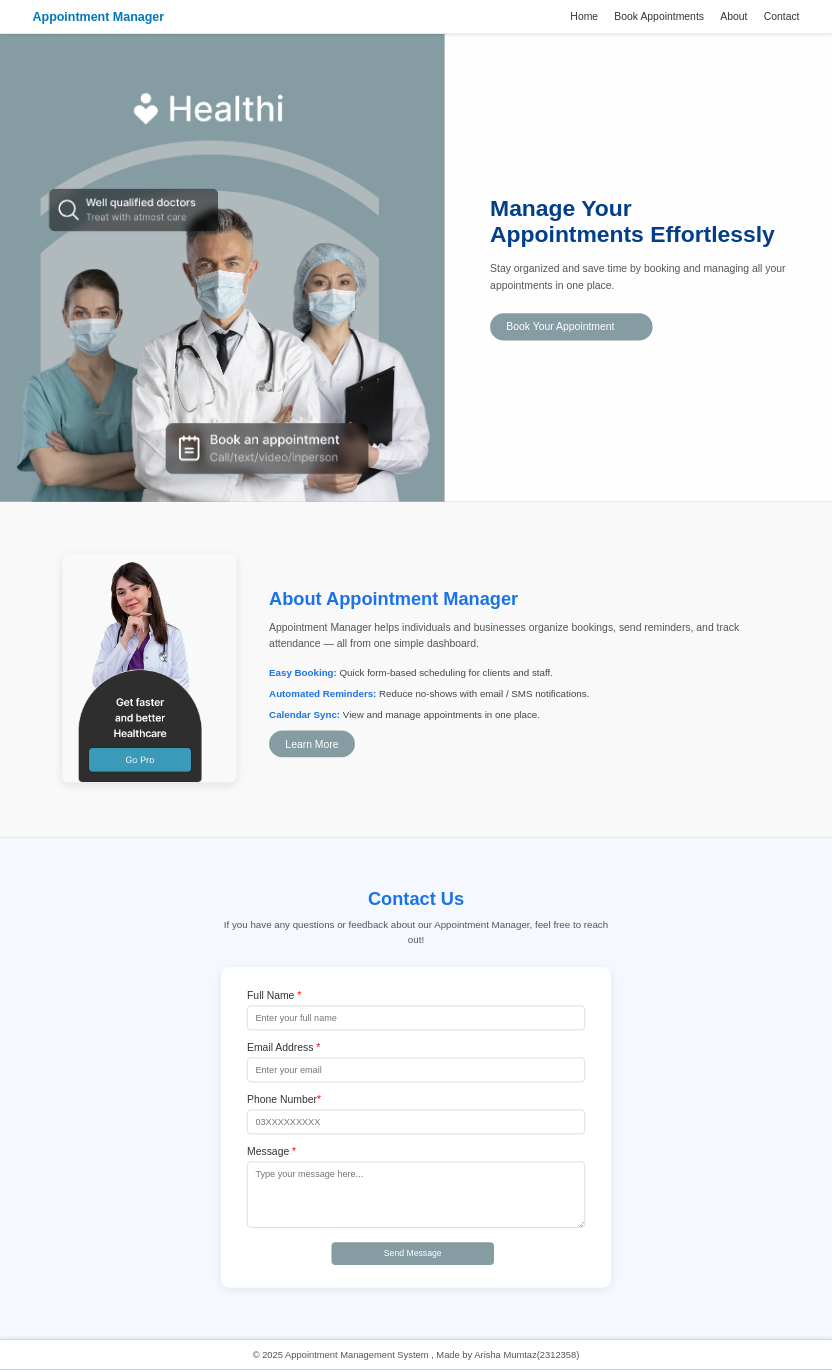
Repository: Arisha004/Hospital-Appointment-Management-System
Page: landingpage.html
The author's editor kept a copy of each file at every save. The page is drawn from the files as they stood at one save, then again after the next save.
The browser window is 1280 px wide. The pictures show the whole page, at 65% of full size.

Above is the page before, as saved 2025-10-24 15:31:36.

### landingpage.html
<!DOCTYPE html>
<html lang="en">
<head>
  <meta charset="UTF-8">
  <meta name="viewport" content="width=device-width, initial-scale=1.0">
  <title>Appointment Management System</title>
  <link rel="stylesheet" href="style.css">
</head>
<body>
  <header class="navbar">
    <div class="logo">Appointment Manager</div>
    <nav>
      <ul>
        <li><a href="#">Home</a></li>
        <li><a href="index.php">Book Appointments</a></li>
        <li><a href="#about">About</a></li>
        <li><a href="#contact">Contact</a></li>
      </ul>
    </nav>
  </header>


  <section class="landing">
      <div class="right"></div>
    <div class="left">
      <h1>Manage Your Appointments Effortlessly</h1>
      <p>Stay organized and save time by booking and managing all your appointments in one place.</p>
      <a href="index.php" class="btn">Book Your Appointment</a>
    </div>

  </section>
  </section>

  <section>
    <div class="crudoperations">

    </div>
  </section>

  <section id="about" class="about">
    <div class="container about-inner">
      <div class="about-image" aria-hidden="true">

        <img src="images/pic2.png" alt="" />
      </div>
      <div class="about-content">
        <h2>About Appointment Manager</h2>
        <p>Appointment Manager helps individuals and businesses organize bookings, send reminders, and track attendance — all from one simple dashboard.</p>
        <ul class="features">
          <li><strong>Easy Booking:</strong> Quick form-based scheduling for clients and staff.</li>
          <li><strong>Automated Reminders:</strong> Reduce no-shows with email / SMS notifications.</li>
          <li><strong>Calendar Sync:</strong> View and manage appointments in one place.</li>
        </ul>
        <a href="about.html" class="btn">Learn More</a>
      </div>
    </div>
  </section>
  <section id="contact" class="contact">
    <div class="container contact-inner">
      <h2>Contact Us</h2>
      <p>If you have any questions or feedback about our Appointment Manager, feel free to reach out!</p>

      <form action="insertcontactform.php" method="post" class="contact-form">
        <div class="form-group">
          <label for="name">Full Name <span>*</span></label>
          <input type="text" id="name" name="name" placeholder="Enter your full name" required pattern="[A-Za-z\s]{3,}">
        </div>

        <div class="form-group">
          <label for="email">Email Address <span>*</span></label>
          <input type="email" id="email" name="email" placeholder="Enter your email" required>
        </div>

        <div class="form-group">
          <label for="phone">Phone Number<span>*</span></label>
          <input type="tel" id="phone" name="phone" placeholder="03XXXXXXXXX" required pattern="[0-9]{11}" title="Enter 11-digit number only">
        </div>

        <div class="form-group">
          <label for="message">Message <span>*</span></label>
          <textarea id="message" name="message" rows="5" placeholder="Type your message here..." required minlength="10"></textarea>
        </div>

        <button type="submit" class="btn">Send Message</button>
      </form>
    </div>

  </section>
  <footer>
    <p>© 2025 Appointment Management System , Made by Arisha Mumtaz(2312358)</p>
  </footer>
</body>
</html>

### style.css
/* Reset and fonts */
* {
  margin: 0;
  padding: 0;
  box-sizing: border-box;
  font-family: 'Poppins', sans-serif;
}

body {
  background: #869CA3;
  color: #333;
}
/* About Section */
.about {
  background-color: #f9f9f9;
  padding: 80px 0;
}

.about-inner {
  width: 85%;
  max-width: 1100px;
  margin: 0 auto;
  display: flex;
  align-items: center;
  justify-content: space-between;
  gap: 50px;
  flex-wrap: wrap; /* makes it responsive */
}

.about-image img {
  width: 100%;
  max-width: 450px;
  border-radius: 10px;
  box-shadow: 0 4px 15px rgba(0,0,0,0.1);
}

.about-content {
  flex: 1;
  min-width: 300px;
}

.about-content h2 {
  font-size: 28px;
  color: #1a73e8;
  margin-bottom: 15px;
}

.about-content p {
  font-size: 16px;
  color: #555;
  line-height: 1.6;
  margin-bottom: 20px;
}

.features {
  list-style: none;
  padding: 0;
  margin-bottom: 25px;
}

.features li {
  margin-bottom: 10px;
  color: #444;
  font-size: 15px;
  line-height: 1.5;
}

.features strong {
  color: #1a73e8;
}


/* Contact Section */
.contact {
  background-color: #f5f9ff;
  padding: 80px 0;
}

.contact-inner {
  width: 85%;
  max-width: 600px;
  margin: 0 auto;
  text-align: center;
}

.contact h2 {
  font-size: 28px;
  color: #1a73e8;
  margin-bottom: 10px;
}

.contact p {
  color: #555;
  margin-bottom: 30px;
  font-size: 15px;
  line-height: 1.6;
}

.contact-form {
  background-color: #fff;
  padding: 35px 40px;
  border-radius: 12px;
  box-shadow: 0 4px 15px rgba(0,0,0,0.08);
  text-align: left;
}

.form-group {
  margin-bottom: 18px;
}

label {
  display: block;
  font-weight: 500;
  margin-bottom: 6px;
  color: #333;
}

label span {
  color: red;
}

input, textarea {
  width: 100%;
  padding: 10px 12px;
  border: 1px solid #ccc;
  border-radius: 6px;
  font-size: 14px;
  outline: none;
  transition: border-color 0.3s ease;
}

input:focus, textarea:focus {
  border-color: #1a73e8;
  box-shadow: 0 0 5px rgba(26,115,232,0.3);
}

.contact-form .btn {
  display: inline-block;
  background-color: #869CA3;
  color: #fff;
  padding: 10px 22px;
  border: none;
  border-radius: 6px;
  cursor: pointer;
  font-weight: 500;

  margin-left: 130px;
  transition: 0.3s;
   text-align: center;
}

.contact-form .btn:hover {
  background-color: #7498a3;
  transform: translateY(-2px);
}

/* Navbar */
.navbar {
  display: flex;
  justify-content: space-between;
  align-items: center;
  padding: 15px 50px;
  background: #fff;
  box-shadow: 0 2px 5px rgba(0,0,0,0.1);
  position: sticky;
  top: 0;
  z-index: 10;
}

.navbar .logo {
  font-weight: 700;
  font-size: 1.2rem;
  color: #0077b6;
}

.navbar ul {
  display: flex;
  list-style: none;
}

.navbar ul li a {
  text-decoration: none;
  color: #333;
  margin-left: 25px;
  transition: 0.3s;
}

.navbar ul li a:hover {
  color: #0077b6;
}

/* Split Landing Section */
.landing {
  display: flex;
  height: 100vh;
}

/* Left Text Section */
.landing .left {
  flex: 1;
  width: 50%;
  display: flex;
  flex-direction: column;
  justify-content: center;
  padding: 0 70px;
  background: #fefefe;
}

.landing .left h1 {
  font-size: 2.2rem;
  color: #023e8a;
  margin-bottom: 20px;
}

.landing .left p {
  font-size: 1rem;
  color: #555;
  margin-bottom: 30px;
  line-height: 1.6;
}

.btn {
  background: #869CA3;
  color: #fff;
  padding: 12px 25px;
  border-radius: 30px;
  text-decoration: none;
  font-weight: 300;
  transition: 0.3s;
  width: 250px;
}

.btn:hover {
  background: #7498a3;
}

/* Right Image Section */
.landing .right {
  flex: 1.5;
  background:url(images/pic1.png);
  background-repeat: no-repeat;
  background-size: cover;
  position: relative;
}

.landing .right::after {
  content: "";
  position: absolute;
  inset: 0;
}

/* Footer */
footer {
  text-align: center;
  padding: 15px;
  background: #fff;
  box-shadow: 0 -2px 5px rgba(0,0,0,0.1);
  font-size: 0.9rem;
  color: #555;
}

After the next save:
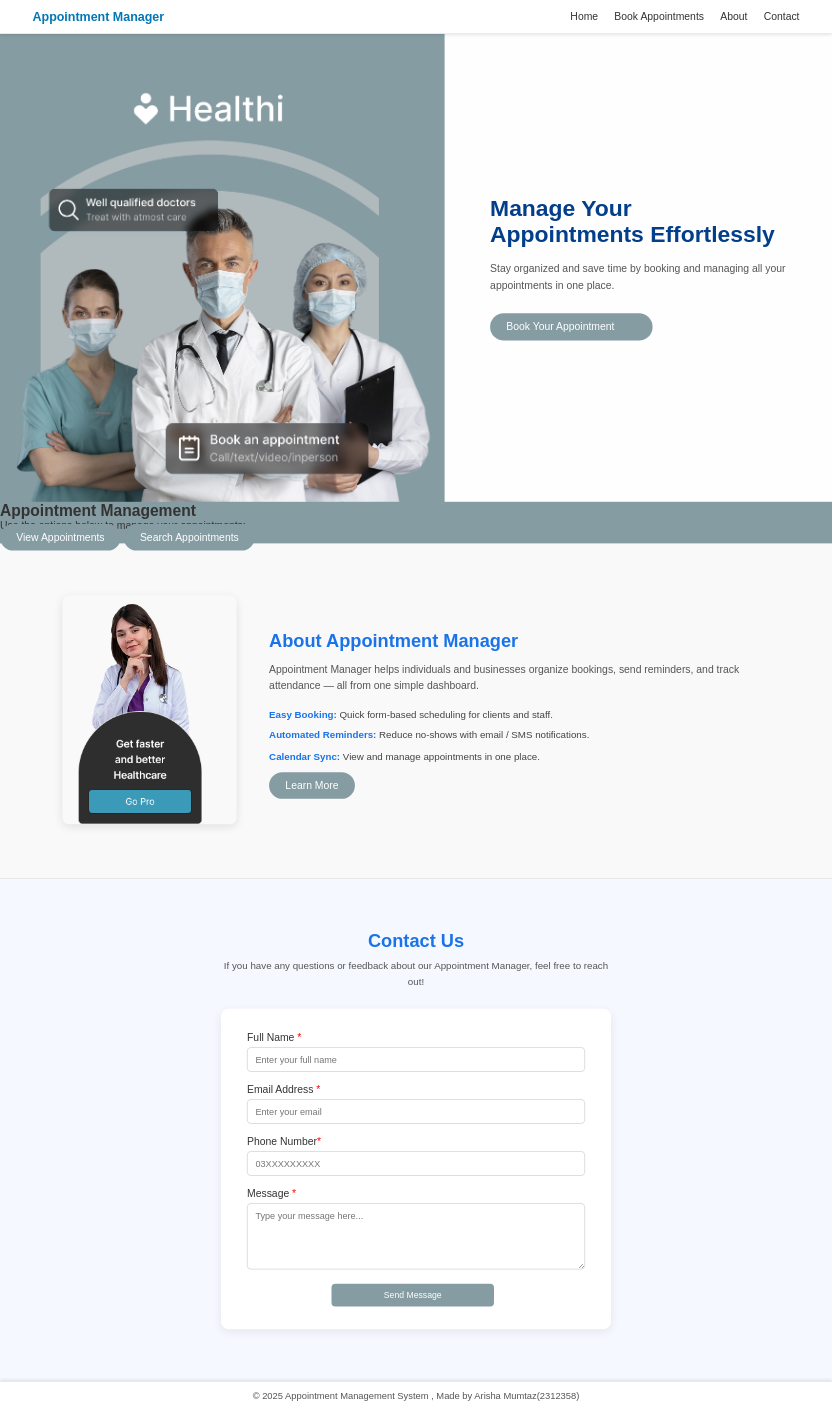
Saved 6 s later.
--- a/landingpage.html
+++ b/landingpage.html
@@ -33,7 +33,12 @@
 
   <section>
     <div class="crudoperations">
-
+      <h2>Appointment Management</h2>
+      <p>Use the options below to manage your appointments:</p>
+      <div class="buttons">
+        <a href="list.php" class="btn">View Appointments</a>
+        <a href="searching.php" class="btn">Search Appointments</a>
+      </div>
     </div>
   </section>
 
